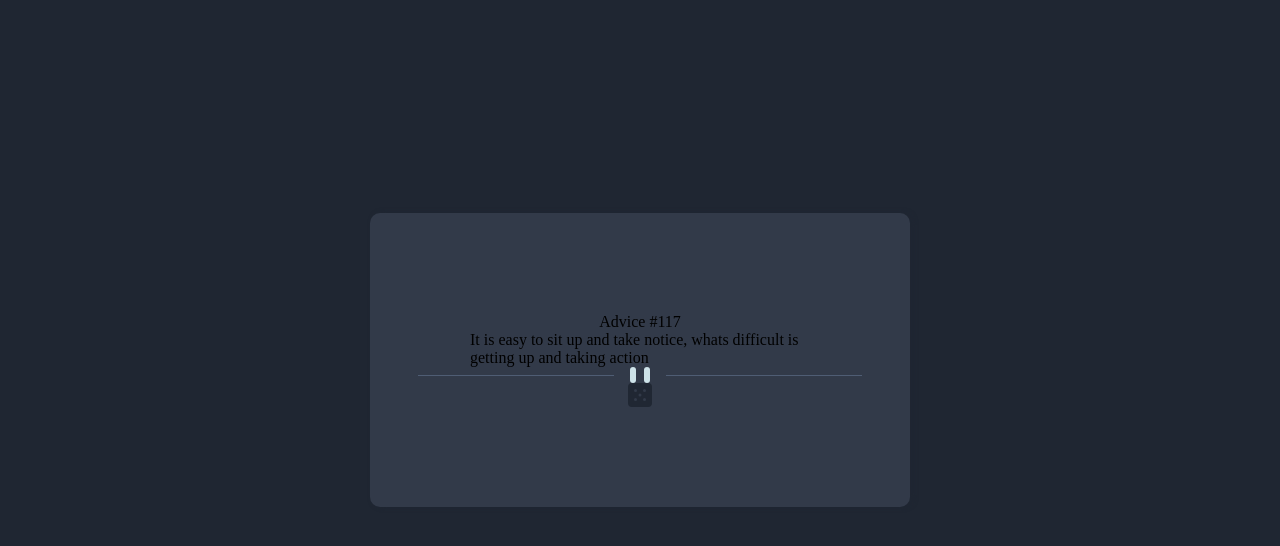
Repository: Arkitecth/advice-generator
Page: index.html
The author's editor kept a copy of each file at every save. The page is drawn from the files as they stood at one save, then again after the next save.
The browser window is 1280 px wide. The pictures show the whole page.

Above is the page before, as saved 2023-07-12 17:31:43.

### index.html
<!DOCTYPE html>
<html lang="en">
<head>
  <meta charset="UTF-8">
  <meta name="viewport" content="width=device-width, initial-scale=1.0"> <!-- displays site properly based on user's device -->

  <link rel="icon" type="image/png" sizes="32x32" href="./images/favicon-32x32.png">
  <link rel="stylesheet" href="style.css">
  <title>Advice generator app</title>

</head>
<body>
  <div class="container">
    <p>Advice <span class="advice-num">#117</span></p>
    <p>It is easy to sit up and take notice, whats difficult is getting up and taking action</p>
    <img src="images/pattern-divider-desktop.svg" alt="pattern-divider-desktop">
    <img src="images/icon-dice.svg" alt="dice-icon">
  </div>
</body>
</html>

### style.css
:root {
    --dark-blue: hsl(218, 23%, 16%);
    --dark-grayish-blue:hsl(217, 19%, 24%);
    --light-cyan:  hsl(193, 38%, 86%);
    --neon-green:hsl(150, 100%, 66%);
    --grayish-blue:hsl(217, 19%, 38%);
}
* {
    margin: 0;
    padding:0;
    box-sizing: border-box;
}
@import url('https://fonts.googleapis.com/css2?family=Manrope:wght@800&display=swap');


body {
    background-color: var(--dark-blue);
    display: flex;
    height: 100vh;
    align-items: center;
}

.container {
    margin: 0 auto;
    background-color: var(--dark-grayish-blue);
    max-width: 540px;
    padding: 100px;
    border-radius: 10px;
    box-shadow: 3px 0px 5px var(--dark-blue);
    display: flex;
    flex-direction: column;
    align-items: center;
    align-content: space-around;
}

After the next save:
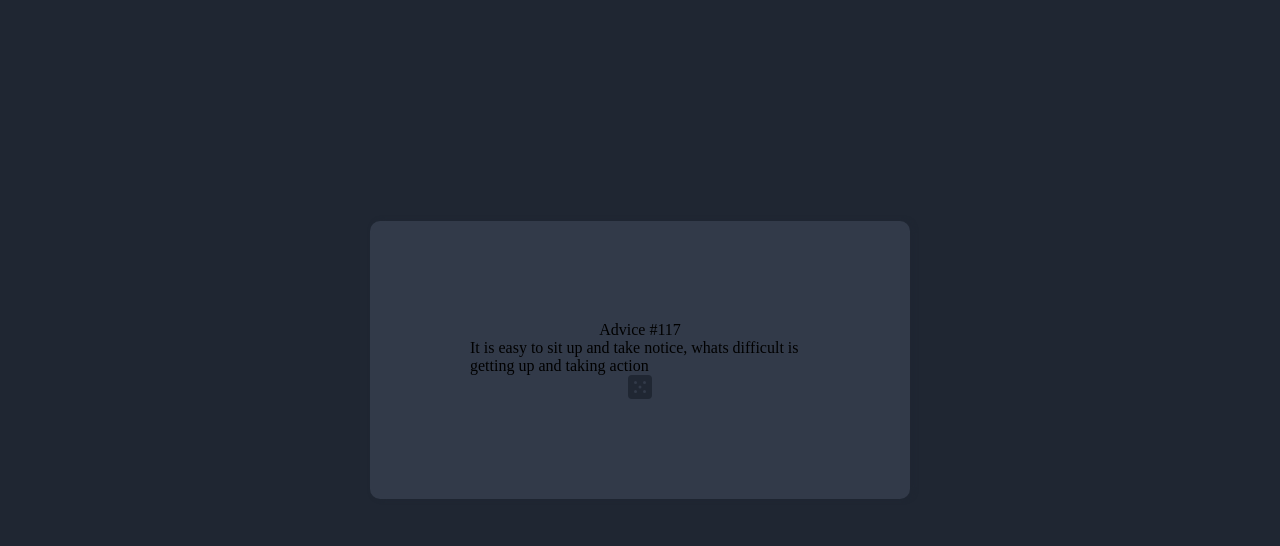
Saved 2 min 35 s later.
--- a/index.html
+++ b/index.html
@@ -13,7 +13,7 @@
   <div class="container">
     <p>Advice <span class="advice-num">#117</span></p>
     <p>It is easy to sit up and take notice, whats difficult is getting up and taking action</p>
-    <img src="images/pattern-divider-desktop.svg" alt="pattern-divider-desktop">
+    <!-- <img src="images/pattern-divider-desktop.svg" alt="pattern-divider-desktop"> -->
     <img src="images/icon-dice.svg" alt="dice-icon">
   </div>
 </body>
